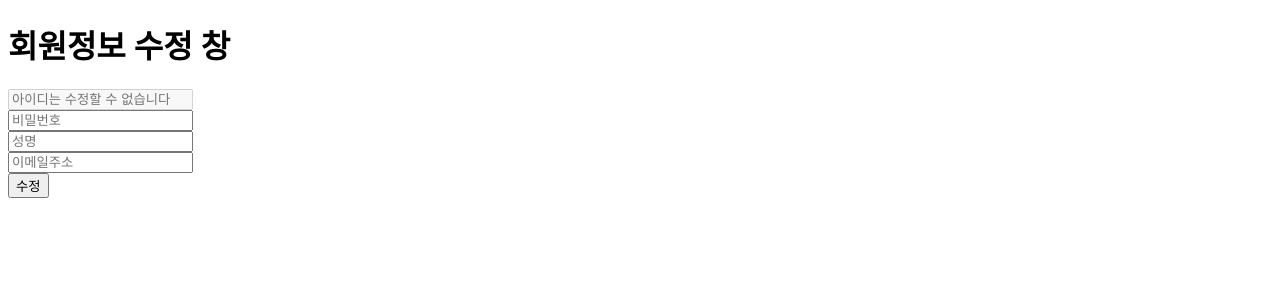
Repository: hanbeen03/javabasic
Page: http://localhost/JDBCBasic/users/users_update_form.jsp
These files come from the project's save history. The page is drawn as it stood at one moment and after the next save; the edit follows.
The browser window is 1280 px wide. The pictures show the whole page.
The page is served by Tomcat 9. Other server files are loaded and not shown.

Above is the page before, as saved 2021-08-05 04:15:17.

### JDBCBasic/WebContent/users/users_update_form.jsp
<%@ page language="java" contentType="text/html; charset=UTF-8"
    pageEncoding="UTF-8"%>
<!DOCTYPE html>
<html>
<head>
<meta charset="UTF-8">
<title>Insert title here</title>
</head>
<body>
	<h1>회원정보 수정 창</h1>
	<form action="users_update_ok.jsp" method="post">
		<input type="text" name="updateId" placeholder="아이디는 수정할 수 없습니다" disabled="true" /><br/>
		<input type="password" name="updatePw" placeholder="비밀번호" /><br/>
		<input type="text" name="updateUname" placeholder="성명" /><br/>
		<input type="email" name="updateEmail" placeholder="이메일주소" /><br/>
		<input type="submit" value="수정" />

	</form>
</body>
</html>

After the next save:
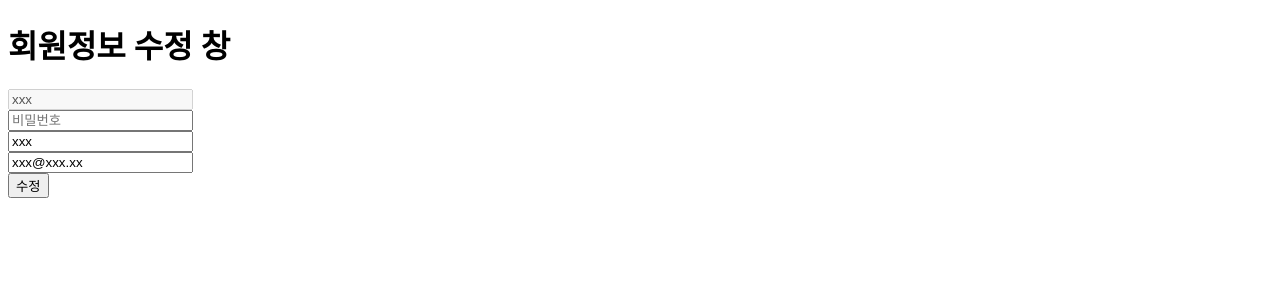
Saved 3 min 46 s later.
--- a/JDBCBasic/WebContent/users/users_update_form.jsp
+++ b/JDBCBasic/WebContent/users/users_update_form.jsp
@@ -9,10 +9,10 @@
 <body>
 	<h1>회원정보 수정 창</h1>
 	<form action="users_update_ok.jsp" method="post">
-		<input type="text" name="updateId" placeholder="아이디는 수정할 수 없습니다" disabled="true" /><br/>
+		<input type="text" name="updateId" value="xxx" disabled="true" /><br/>
 		<input type="password" name="updatePw" placeholder="비밀번호" /><br/>
-		<input type="text" name="updateUname" placeholder="성명" /><br/>
-		<input type="email" name="updateEmail" placeholder="이메일주소" /><br/>
+		<input type="text" name="updateUname" value="xxx" /><br/>
+		<input type="email" name="updateEmail" value="xxx@xxx.xx" /><br/>
 		<input type="submit" value="수정" />
 
 	</form>
